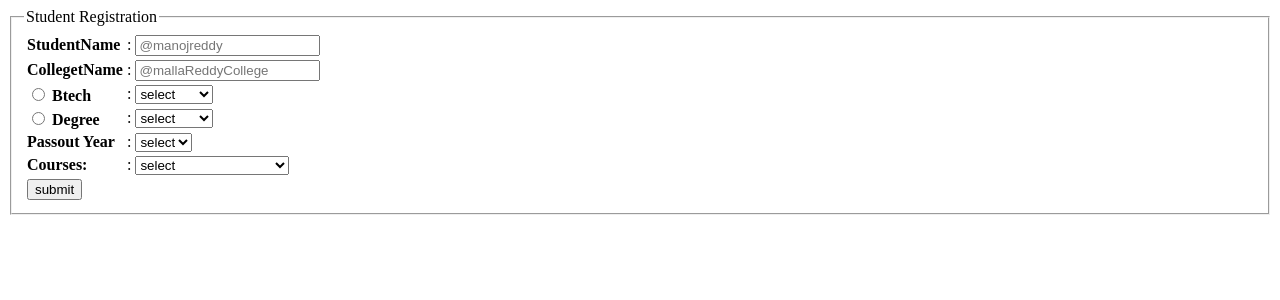
Repository: JanapatlaManojReddy/java
Page: http://localhost/institutionProject/StudentRegistration.jsp
The author's editor kept a copy of each file at every save. The page is drawn from the files as they stood at one save, then again after the next save.
The browser window is 1280 px wide. The pictures show the whole page.
The page is served by Tomcat 9.

Above is the page before, as saved 2023-08-19 14:56:16.

After the next save:
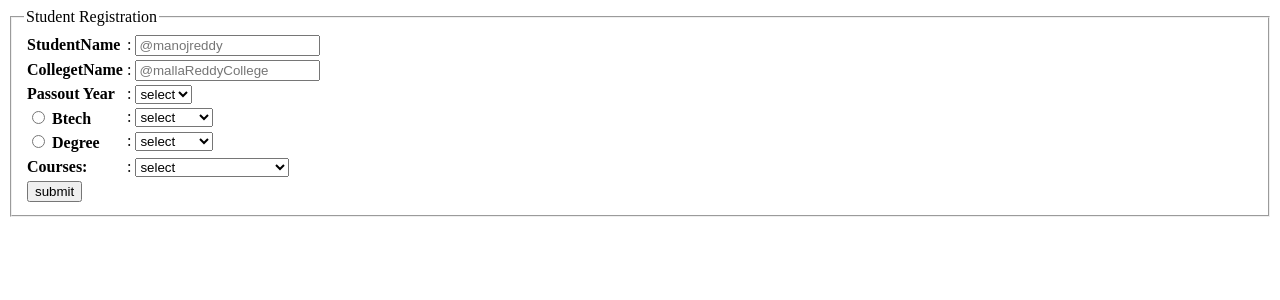
Saved 8 min 30 s later.
--- a/institutionProject/src/main/webapp/StudentRegistration.jsp
+++ b/institutionProject/src/main/webapp/StudentRegistration.jsp
@@ -32,7 +32,23 @@
 </td>
 
 </tr>
+<th align="left">
+<lable for="pyear">Passout Year</lable>
+</th>
+<td>:
+<select id="pyear" name="pyear">
+<option value="select" selected>select</option>
+<option value="2018">2018</option>
+<option value="2019">2019</option>
+<option value="2020">2020</option>
+<option value="2021">2021</option>
+<option value="2022">2022</option>
+<option value="2023">2023</option>
 
+
+</select>
+</td>
+</tr>
 
 <tr>
 <th align="left">
@@ -68,23 +84,7 @@
 </td>
 </tr>
 <tr>
-<th align="left">
-<lable for="pyear">Passout Year</lable>
-</th>
-<td>:
-<select id="pyear" name="pyear">
-<option value="select" selected>select</option>
-<option value="2018">2018</option>
-<option value="2019">2019</option>
-<option value="2020">2020</option>
-<option value="2021">2021</option>
-<option value="2022">2022</option>
-<option value="2023">2023</option>
 
-
-</select>
-</td>
-</tr>
 <tr>
 <th align="left">
 <lable for="courses">Courses:</lable></th>
